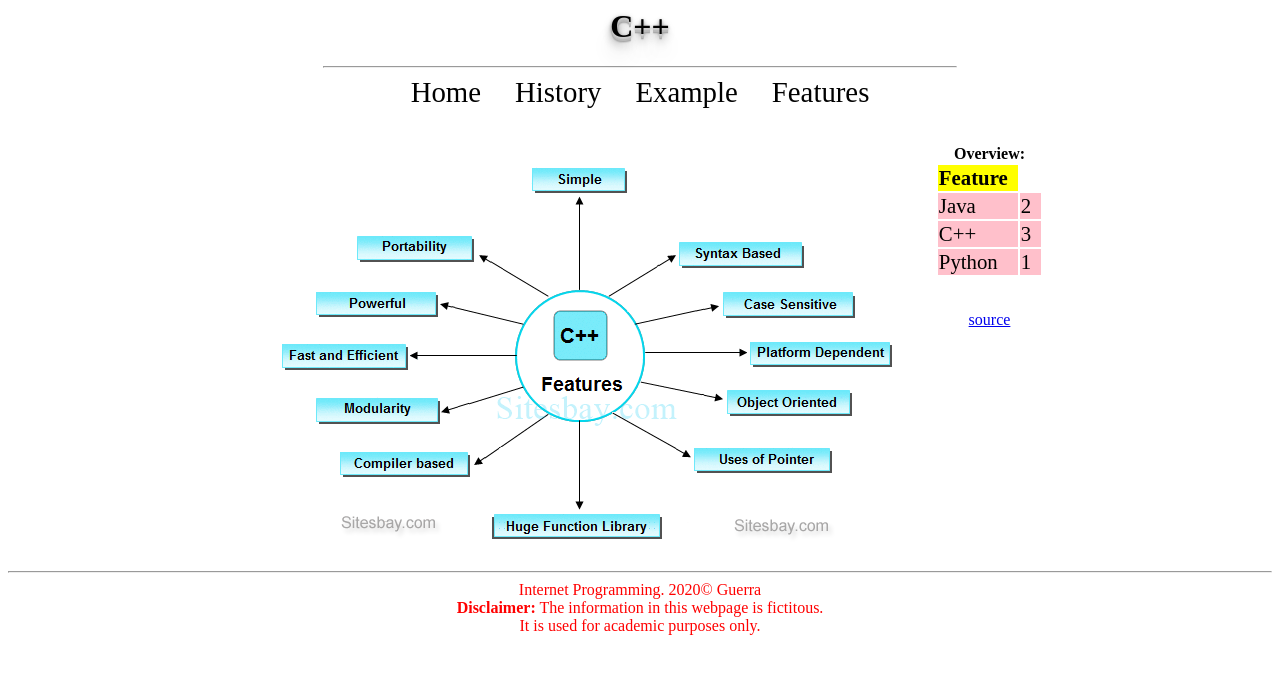
Repository: EricG831/a1
Page: a1/Features.html
The author's editor kept a record of every edit. The page is drawn from the files as they stood at one moment, then again after the next edit.
The browser window is 1280 px wide. The pictures show the whole page.
Some web fonts or font styles are not loaded; a fallback is used.

Above is the page before.

### a1/Features.html
<html>
    <head>
        <meta char=”utf-8” />
        <title>C++</title>
        <link href="https://fonts.googleapis.com/css?family=Pacific" rel="stylesheet">
        <style>
            @import url("css/styles.css");
        </style>
    </head>
    <body>


        <header>
            <h1>C++</h1>
        </header>

        <nav>
            <hr width="50%" />
            <a href="index.html"> Home</a>
            <a href="History.html"> History</a>
            <a href="Example.html"> Example</a>
            <a href="Features.html"> Features</a>
        </nav>

        <br /><br />

        <main >
            <figure id="ex" >
                <img src="img/feat.png" alt="Picture Of Features" />
            </figure>

            <div id:"FeaturesText">
                <strong>Overview:</strong> <br />

                <table>
                <tr id="table-header">
                    <td><strong>Feature</strong></td>
                </tr>
                <tr class="table-row">
                    <td>Java</td>
                    <td>2</td>
                </tr>
                <tr class="table-row">
                    <td>C++</td>
                    <td>3</td>
                </tr>
                <tr class="table-row">
                    <td>Python</td>
                    <td>1</td>
                </tr>
            </table>

                <p></p>
                <br />
                <a href="https://www.javatpoint.com/cpp-features"> source</a>

                <br />

            </div>
        </main>

        <footer>
            <hr>
            Internet Programming. 2020&copy; Guerra <br/>
            <strong>Disclaimer:</strong> The information in this webpage is fictitous. <br />
            It is used for academic purposes only. <br />
        </footer>

    </body>

</html>

### a1/css/styles.css
header{
    text-shadow: 0 1px 0 #ccc,
               0 2px 0 #c9c9c9,
               0 3px 0 #bbb,
               0 4px 0 #b9b9b9,
               0 5px 0 #aaa,
               0 6px 1px rgba(0,0,0,.1),
               0 0 5px rgba(0,0,0,.1),
               0 1px 3px rgba(0,0,0,.3),
               0 3px 5px rgba(0,0,0,.2),
               0 5px 10px rgba(0,0,0,.25),
               0 10px 10px rgba(0,0,0,.2),
               0 20px 20px rgba(0,0,0,.15);
}

body {
    background-color: white;
    color:black;
    text-align: center

}

main,  nav, footer{
    text-align: center;
}

main {
    display: flex;
    justify-content: center;
}

nav a{   /* links within *nav* container */
    padding: 15px;
    padding-bottom: 4px;
    font-size: 1.8em;
    text-decoration: none; /* removes underline */
    color: black; /* by default, links are blue */
}

#welcomeText{
    text-align: left;
    float: left;
}

footer{
    clear: left;
    font-size: 1.0em;
    color: red;
}

#ExampleText{
    text-align: left;
    float: left;
    text-align-last: auto;
    color: blue;
}

#FeaturesText{
    float: left;
    color: red;
}

nav a:hover{
    border-bottom:2px red solid;
    font-size: 2em;
    transition: .9s;
}

table {
    margin: 0px auto;
}

td {
    padding-right: 10px;
    font-size: 1.3em;
}

td strong {
    color: black;
}

#table-header {
    background-color: yellow;
}

.table-row {
    background-color: pink;
}

ul {
    width:500px;
    margin: 0 auto;
    text-align: left;
}

#historyText{
    text-align-last: left;
    color: red;
}

After the next edit:
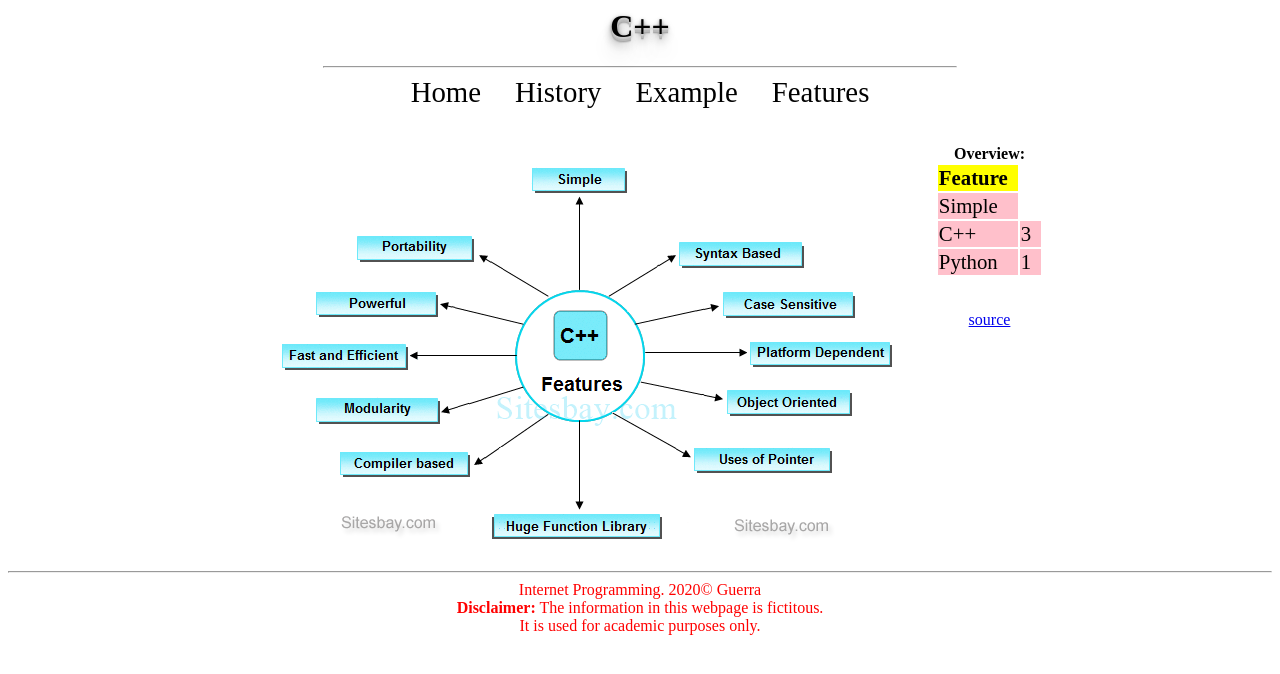
The edit:
--- a/a1/Features.html
+++ b/a1/Features.html
@@ -37,8 +37,7 @@
                     <td><strong>Feature</strong></td>
                 </tr>
                 <tr class="table-row">
-                    <td>Java</td>
-                    <td>2</td>
+                    <td>Simple</td>
                 </tr>
                 <tr class="table-row">
                     <td>C++</td>
